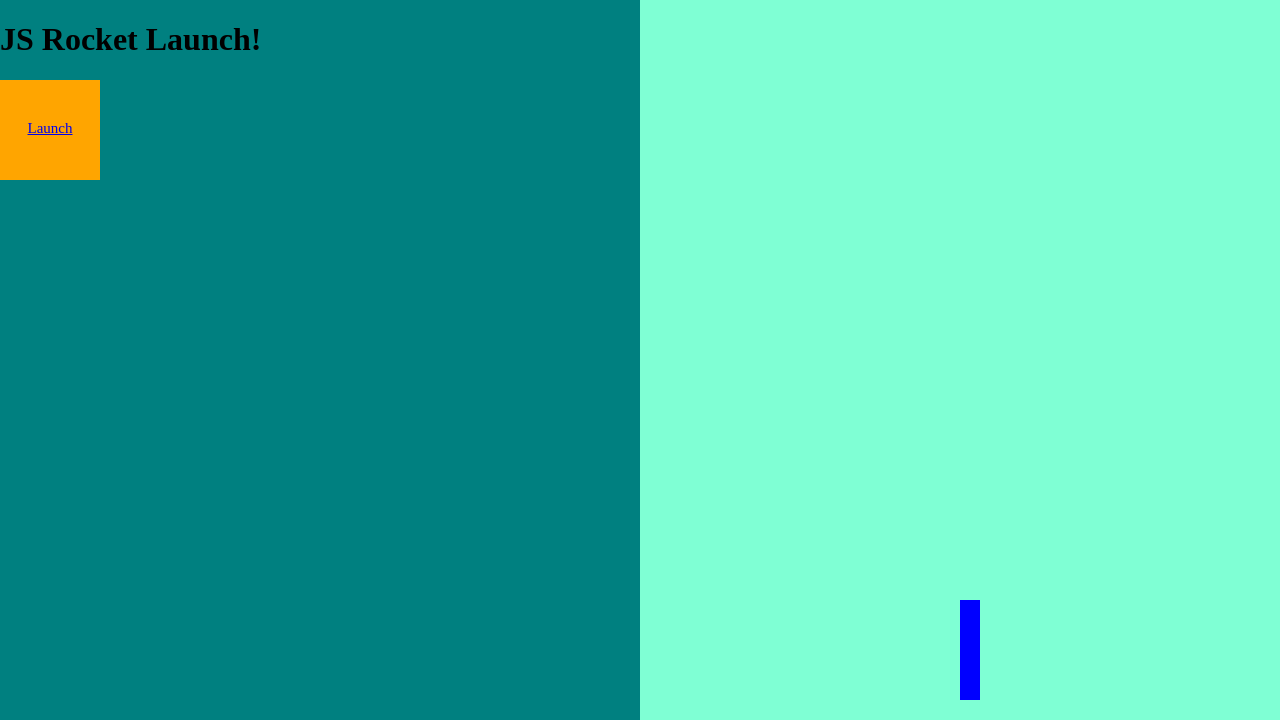
Repository: alcarrizo/Rocket-launch
Page: index.html
These files come from the project's save history. The page is drawn as it stood at one moment and after the next save; the edit follows.
The browser window is 1280 px wide. The pictures show the whole page.

Above is the page before, as saved 2022-10-19 19:49:37.

### index.html
<!DOCTYPE html>
<html lang="en">
<head>
    <meta charset="UTF-8">
    <meta http-equiv="X-UA-Compatible" content="IE=edge">
    <meta name="viewport" content="width=device-width, initial-scale=1.0">
    <title>Rocket Launch sequence</title>
    <script type="text/javascript" src="js/script.js"> </script>
    <link rel="stylesheet" href="css/style.css">
</head>
<body>
    <div class="left">
        <div class="state1">
            <h1>JS Rocket Launch!</h1>
            <a href="#" class="button" onclick="startCountDown();">Launch</a>
        </div>
    </div>

    <div class="right">
        <div class="rocket"></div>
        <div class="ground"></div>
    </div>
</body>
</html>

### js/script.js
var car = {
    make: 'VW',
    type: 'Polo',
    color: 'blue',
    isTurnedOn: false,
    numOfWheels: 4,
    seats: [
        'seat1',
        'seat2',
        'seat3',
        'seat4'
    ],
    turnOn: function () {
        this.isTurnedOn = true;
    },
    turnOff: function () {
        this.isTurnedOn = false;
    },
    fly: function () {
        alert('fly');
    },
    switchCar: function (isOn) {
        console.log('turn car ' + isOn)
        if (isOn == true) {
            this.isTurnedOn = true;
        }
        else {
            this.isTurnedOn = false;
        }
    }

};

console.log('hello there friends!');

// this function gets the id of the cool div and swaps it's classname
// between 'cool' and 'cool red' to make it swap between a bacground of
// green and red
var doCoolStuff = function () {
    coolDiv = document.getElementById('cool');
    if (coolDiv.className == 'cool') {
        coolDiv.className = 'cool red'
    }
    else {
        coolDiv.className = 'cool'
    }

}

### css/style.css
body {
    position: relative;
}

.left {
    position: fixed;
    box-sizing: border-box;
    width: 50%;
    height: 100%;
    top: 0;
    left: 0;
    background-color: teal;
}

.right {
    position: fixed;
    box-sizing: border-box;
    width: 50%;
    height: 100%;
    top: 0;
    right: 0;
    background-color: aquamarine;
}

.rocket {
    position: absolute;
    left: 50%;
    bottom: 20px;
    width: 20px;
    height: 100px;
    background-color: blue
}

a {}

a.button {
    display: block;
    box-sizing: border-box;
    text-align: center;
    padding-top: 40px;
    height: 100px;
    width: 100px;
    font-size: 15px;
    background-color: orange;

}

After the next save:
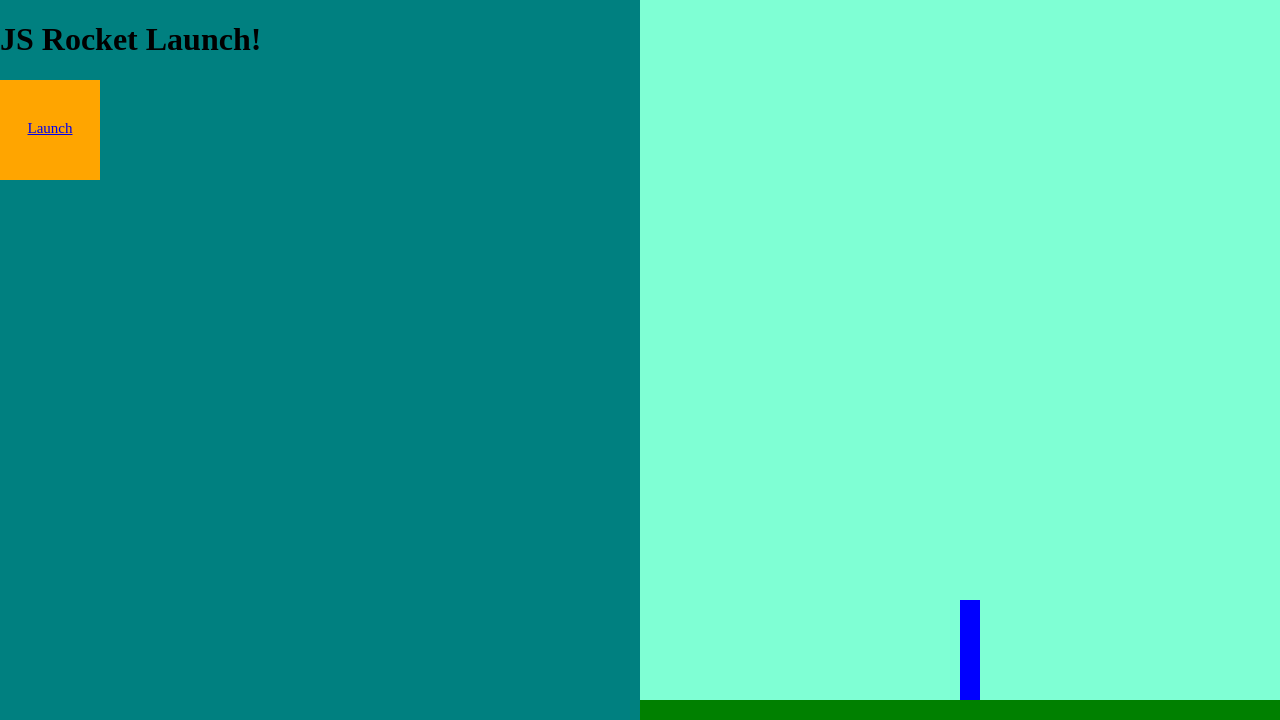
Saved 42 s later.
--- a/css/style.css
+++ b/css/style.css
@@ -31,6 +31,15 @@ body {
     background-color: blue
 }
 
+.ground {
+    background-color: green;
+    position: absolute;
+    bottom: 0;
+    left: 0;
+    width: 100%;
+    height: 20px;
+}
+
 a {}
 
 a.button {
